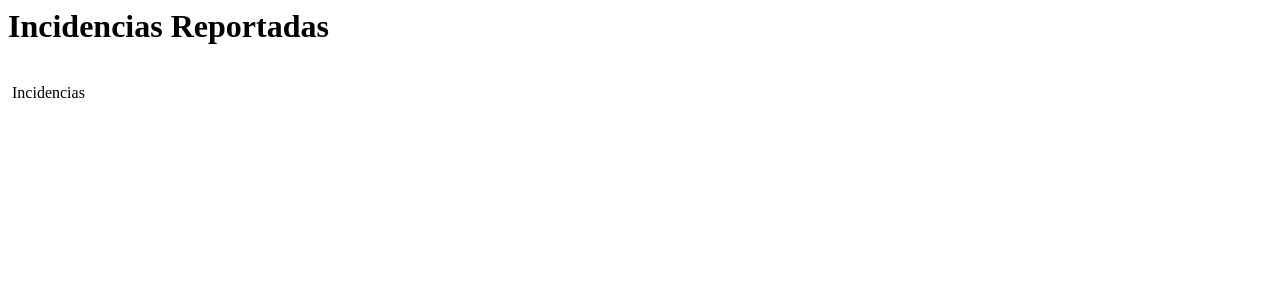
Repository: androla10/ProyectoCibert5to
Page: http://localhost/GDI/Incidencia/ListarIncidencia.jsp
An editor plug-in stored every save of this project. The page is shown before and after the next save, followed by the edit.
The browser window is 1280 px wide. The pictures show the whole page.
The page is served by Tomcat 9. Nobody is signed in. The application's start-up code is not run.

Above is the page before, as saved 2016-05-10 23:21:15.

After the next save:
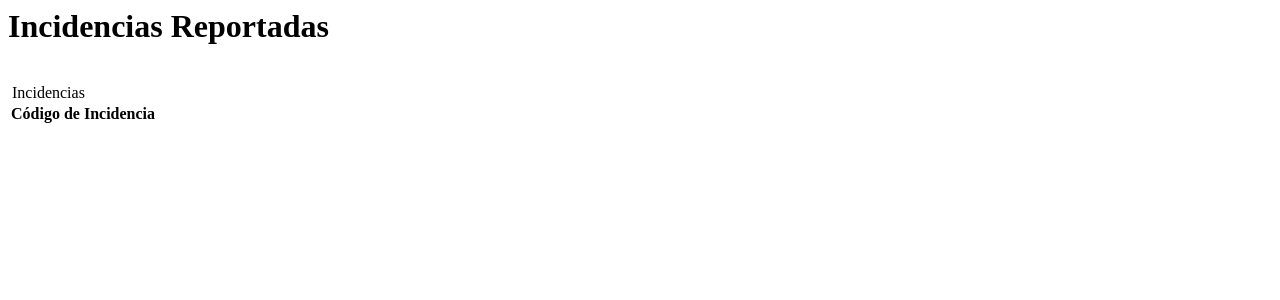
Saved 19 h 42 min later.
--- a/GDI/src/main/webapp/Incidencia/ListarIncidencia.jsp
+++ b/GDI/src/main/webapp/Incidencia/ListarIncidencia.jsp
@@ -8,7 +8,7 @@
 		<div class="panel-body">
 			<table class="table table-striped table-hover">
 				<tr>
-					<th></th>
+					<th>Código de Incidencia</th>
 					<th></th>
 					<th></th>
 					<th></th>
